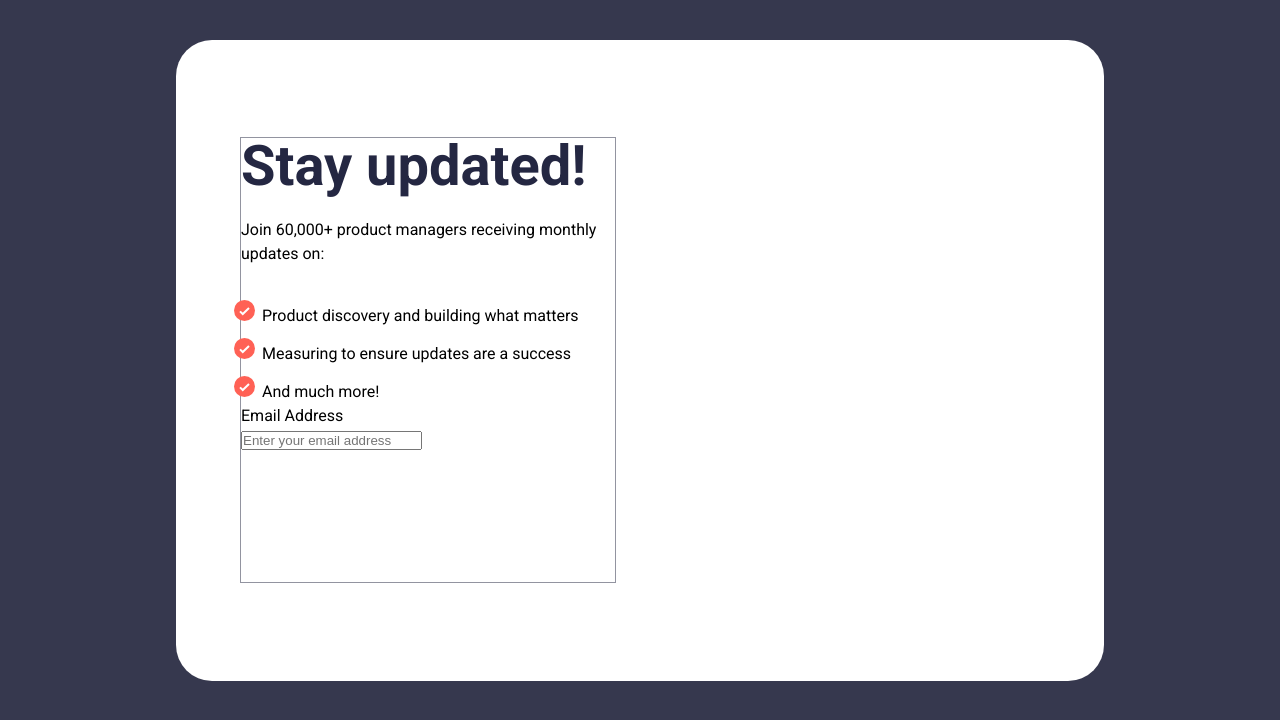
Repository: brandontaylor1/newsletter-signup
Page: index.html
The author's editor kept a copy of each file at every save. The page is drawn from the files as they stood at one save, then again after the next save.
The browser window is 1280 px wide. The pictures show the whole page.

Above is the page before, as saved 2025-01-19 20:33:52.

After the next save:
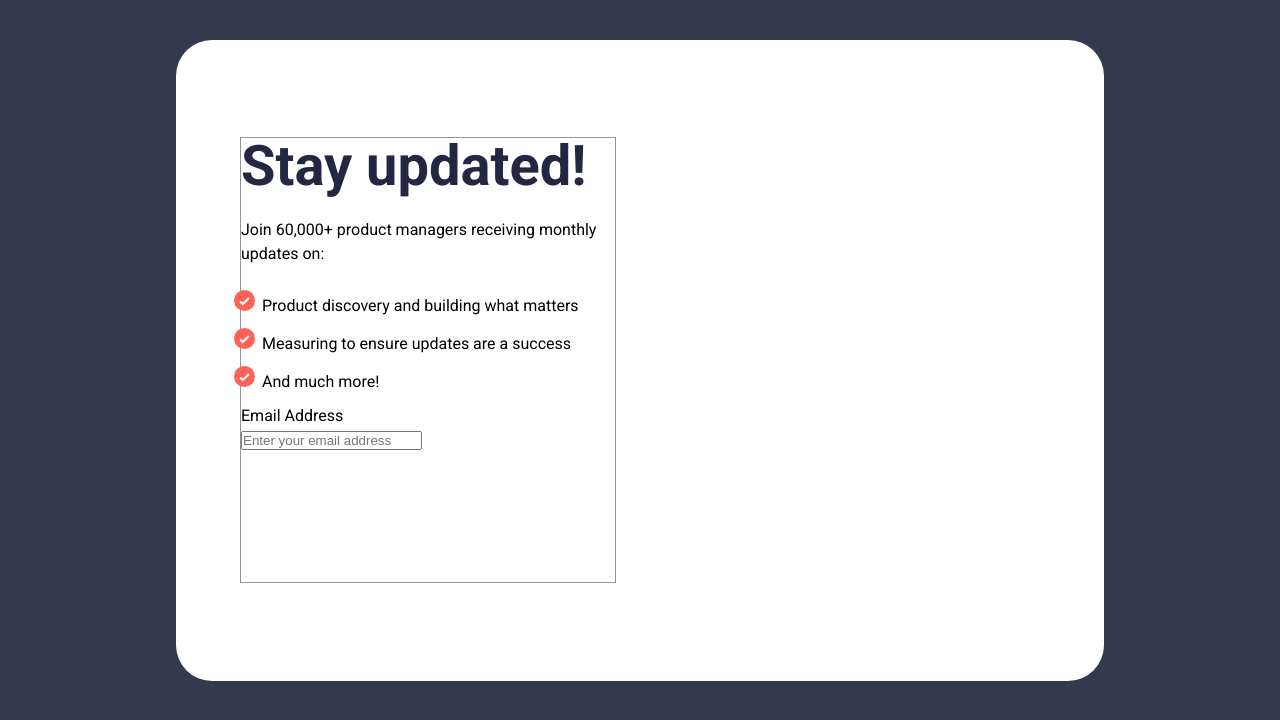
Saved 54 s later.
--- a/styles.css
+++ b/styles.css
@@ -85,5 +85,5 @@ body {
 .card-content-list li {
     margin-left: 21px;
     margin-right: 16px;
-    padding: 10px 0 0 0;
+    padding-bottom: 10px;
 }
